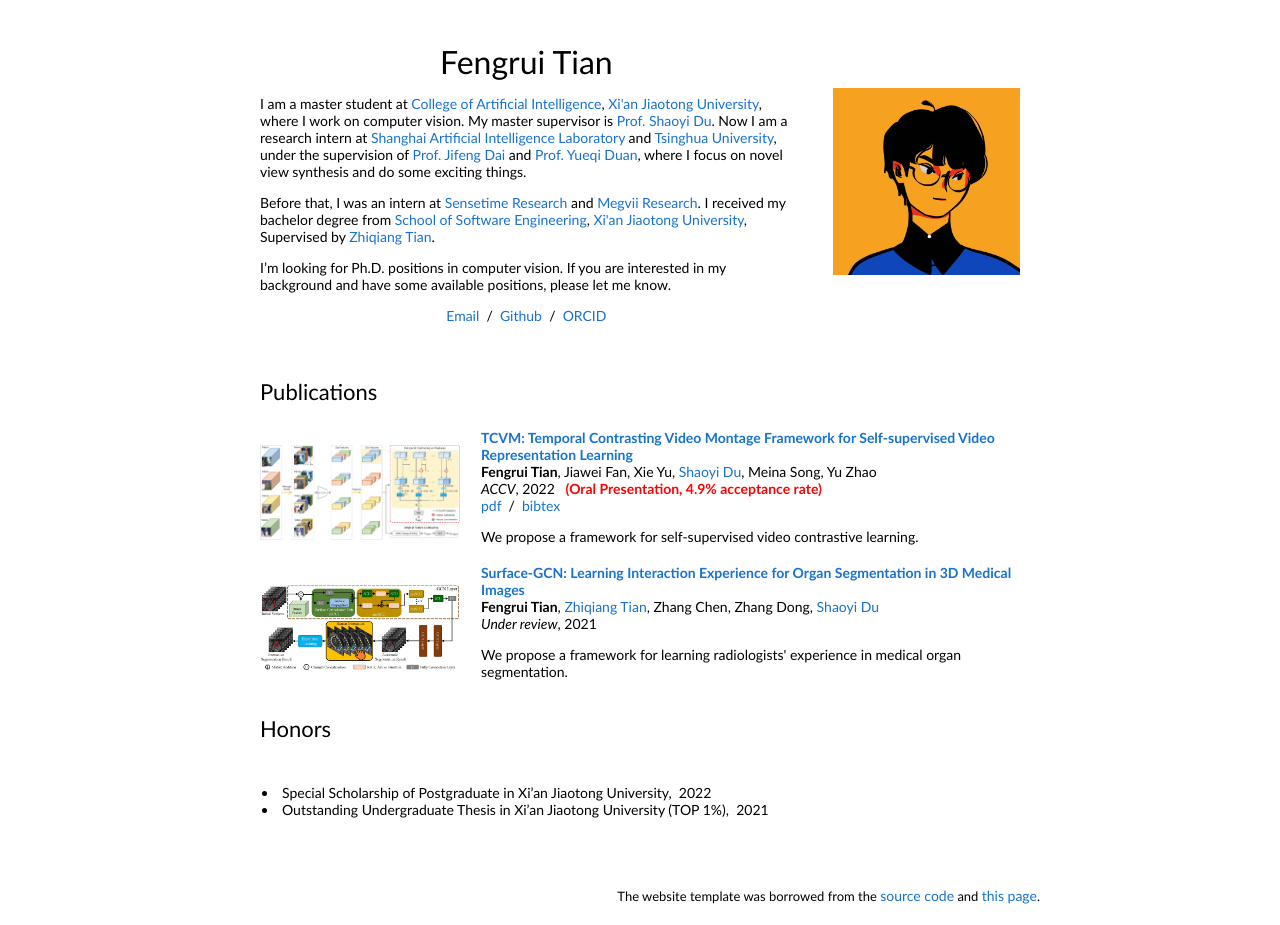
Repository: tianfr/tianfr.github.io
Page: index.html
An editor plug-in stored every save of this project. The page is shown before and after the next save, followed by the edit.
The browser window is 1280 px wide. The pictures show the whole page.

Above is the page before, as saved 2022-11-20 16:14:18.

After the next save:
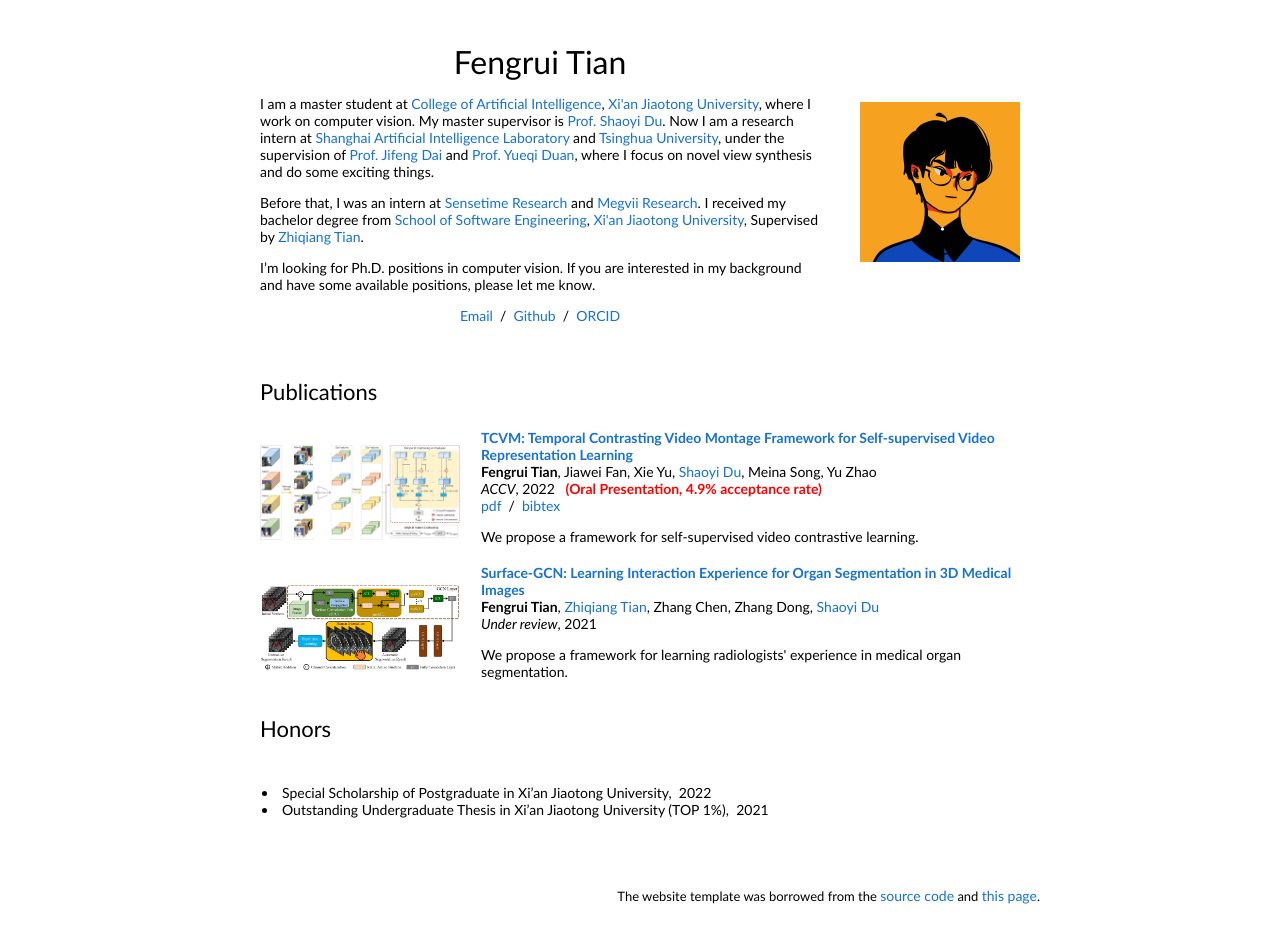
Saved 28 s later.
--- a/index.html
+++ b/index.html
@@ -16,7 +16,7 @@
       <td style="padding:0px">
         <table style="width:100%;border:0px;border-spacing:0px;border-collapse:separate;margin-right:auto;margin-left:auto;"><tbody>
           <tr style="padding:0px">
-            <td style="padding:2.5%;width:63%;vertical-align:middle">
+            <td style="padding:2.5%;width:75%;vertical-align:middle">
               <p style="text-align:center">
                 <name>
                   Fengrui Tian

After the save that followed:
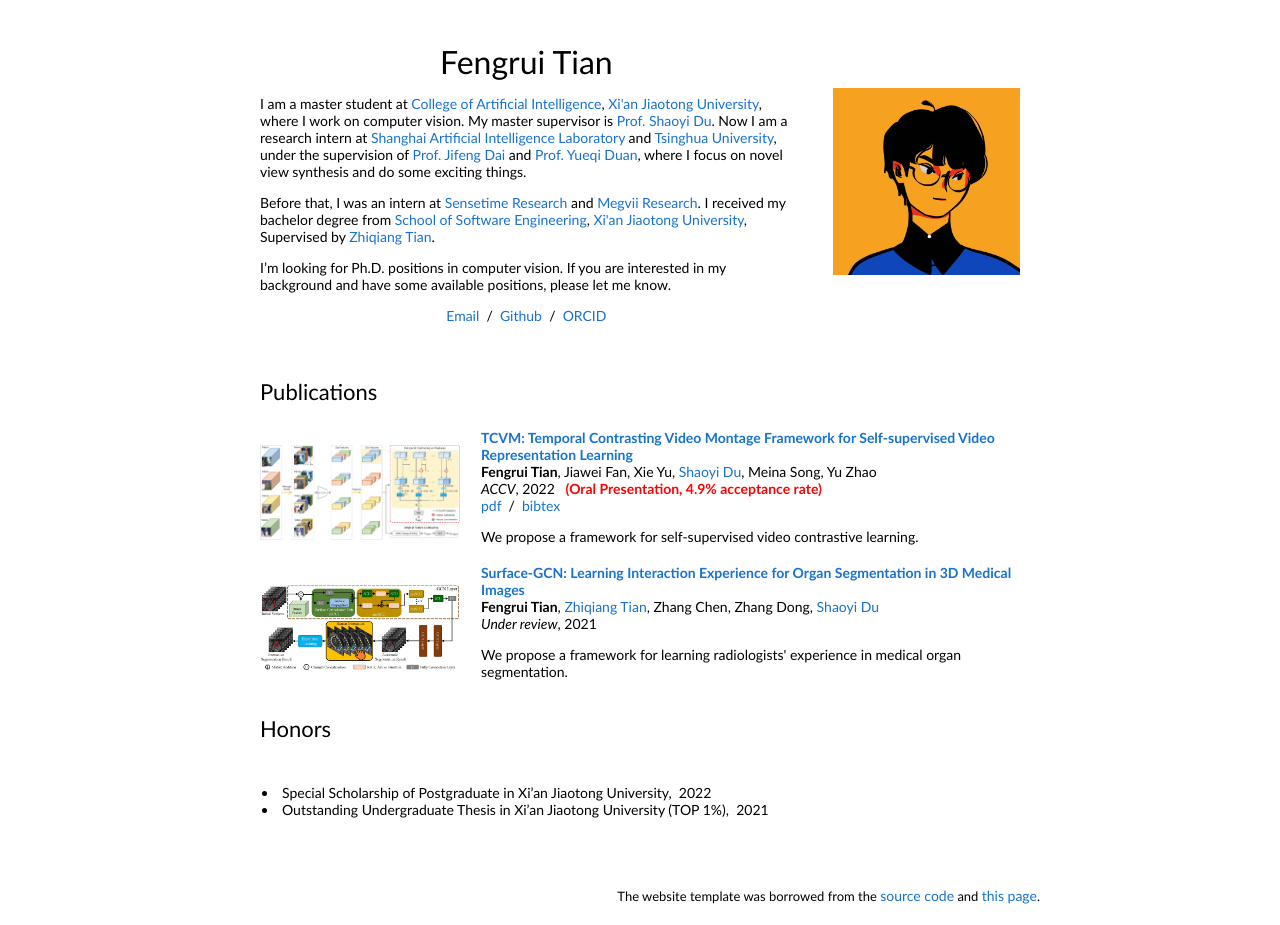
Saved 8 s later.
--- a/index.html
+++ b/index.html
@@ -16,7 +16,7 @@
       <td style="padding:0px">
         <table style="width:100%;border:0px;border-spacing:0px;border-collapse:separate;margin-right:auto;margin-left:auto;"><tbody>
           <tr style="padding:0px">
-            <td style="padding:2.5%;width:75%;vertical-align:middle">
+            <td style="padding:2.5%;width:63%;vertical-align:middle">
               <p style="text-align:center">
                 <name>
                   Fengrui Tian
